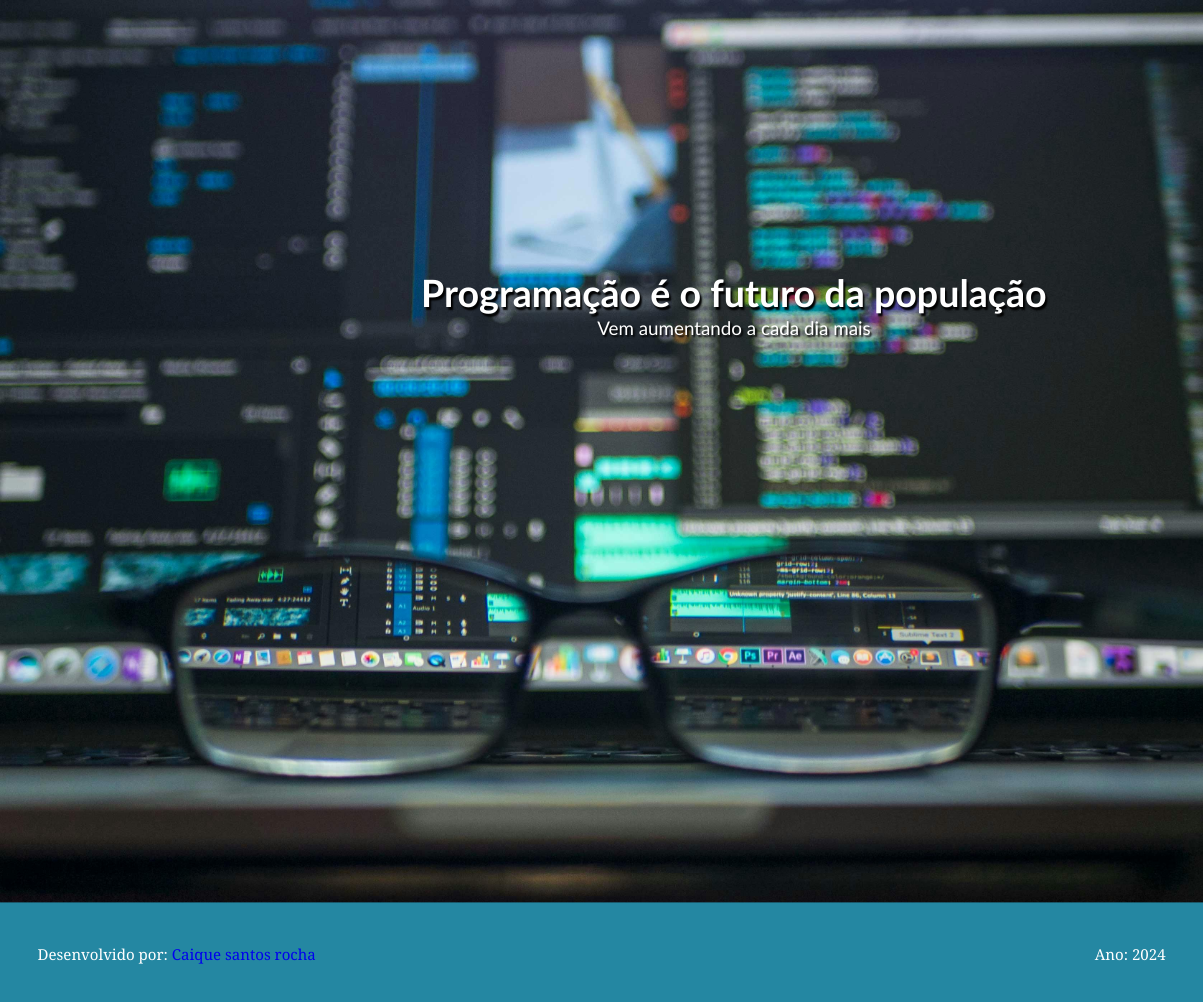
Repository: Caiquedev123/Sites
Page: index.html
The author's editor kept a copy of each file at every save. The page is drawn from the files as they stood at one save, then again after a run of saves.
The browser window is 1280 px wide. The pictures show the whole page, at 94% of full size.

Above is the page before, as saved 2024-07-22 17:25:57.

### index.html
<!DOCTYPE html>
<html lang="en">
<head>
    <meta charset="UTF-8">
    <meta name="viewport" content="width=device-width, initial-scale=1.0">
    <title>Projeto</title>
    <link rel="stylesheet" href="style.css">
    <link rel="stylesheet" href="./reset.css">
</head>
<body>
    <div class="container">
        <h1>Programação é o futuro da população</h1>
        <p>Vem aumentando a cada dia mais</p>
    </div>
    <section class="imagens">
        <img src="./imagem/Progrmação.jpg" alt="programação">
    </section>
    <footer>
        <p>Desenvolvido por: <a href="https://github.com/">Caique santos rocha</a>
            <p>Ano: 2024</p>
    </footer>
</body>
</html>

### style.css
body{background-color: rgb(36, 135, 162);}

.container{
    position: absolute;
    z-index: 1;
    text-align: center;
    left: 35%;
    top: 40%;
    color: rgb(255, 255, 255);
    font-family: 'Gill Sans', 'Gill Sans MT', Calibri, 'Trebuchet MS', sans-serif;
    font-size: 20px;
    text-shadow: 2px 3px 2px black;
}

img{
    width: 100%;
    object-fit: cover;
    position: relative;
}

footer{
    font-family: Georgia, 'Times New Roman', Times, serif;
    display: flex;
    gap: 40px;
    padding: 40px 40px 40px 40px;
    justify-content: space-between;
    color: white
}

### reset.css
* {
    padding: 0;
    margin: 0;
    box-sizing: border-box;
}

a{
    text-decoration: none;
}

After the next 7 saves:
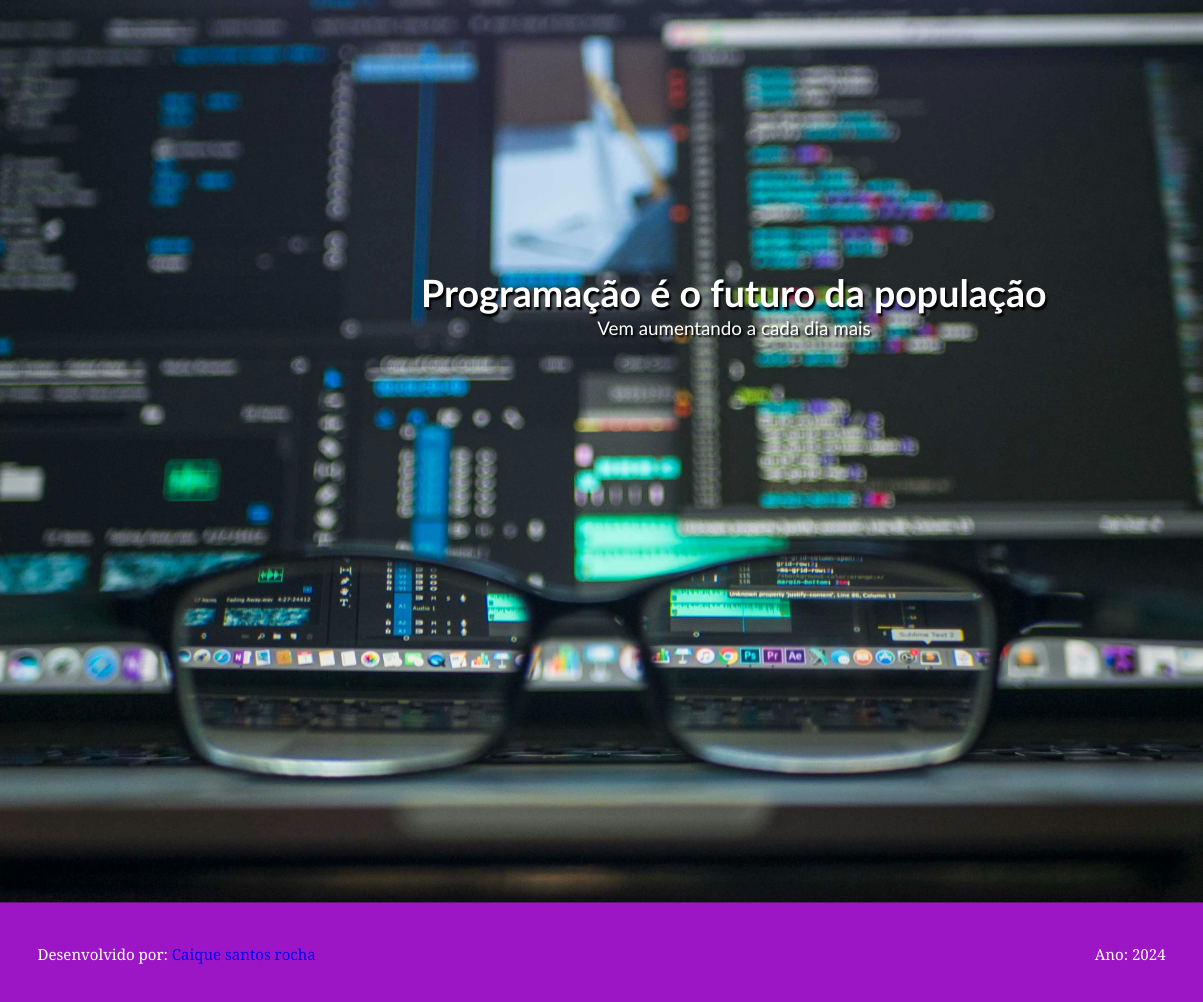
The 7 saves are shown as one change because they came seconds apart.
The last was saved 34 s later.
--- a/style.css
+++ b/style.css
@@ -1,4 +1,4 @@
-body{background-color: rgb(36, 135, 162);}
+body{background-color: rgb(157, 22, 198);}
 
 .container{
     position: absolute;
